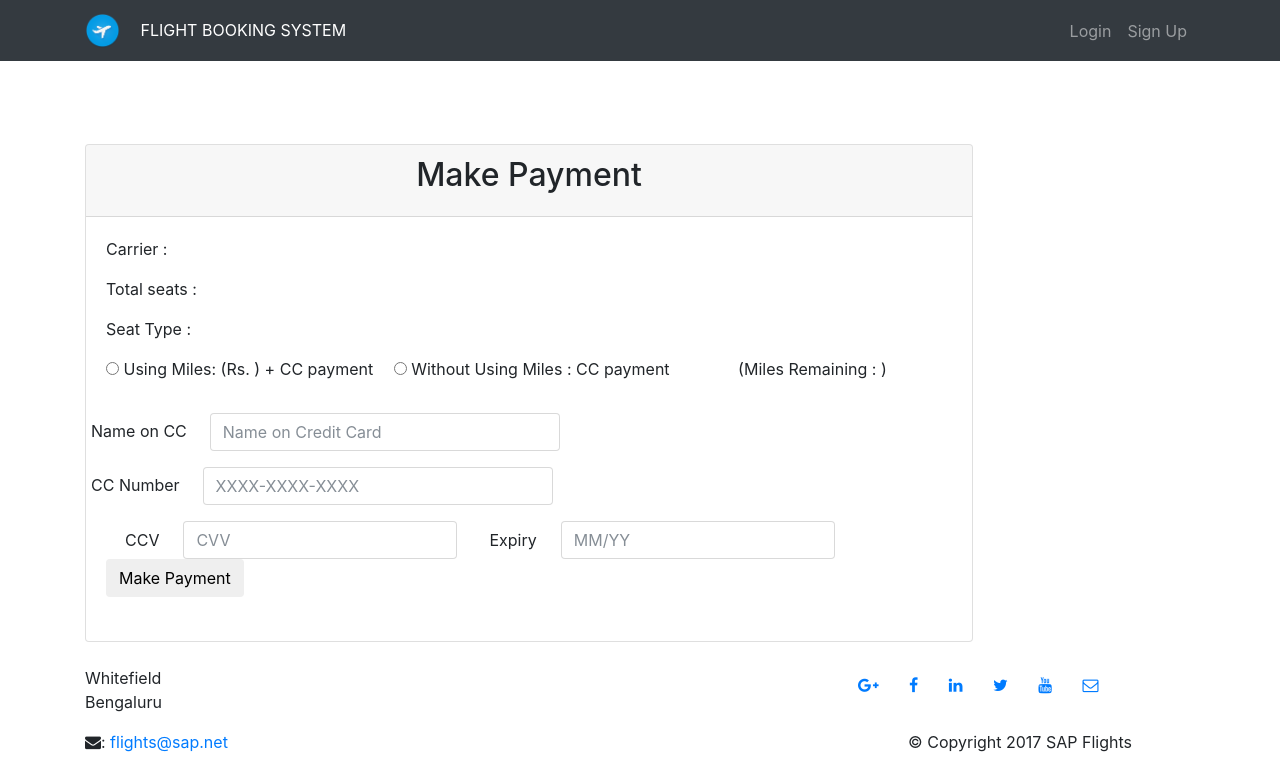
Repository: yashtatia/Spring-Practice
Page: http://localhost/FitnessTracker/WEB-INF/jsp/makePayment.jsp
The author's editor kept a copy of each file at every save. The page is drawn from the files as they stood at one save, then again after the next save.
The browser window is 1280 px wide. The pictures show the whole page.
Some web libraries are served in a nearby version. The page is served by Tomcat 9. Nobody is signed in. The template is opened directly, without the code that normally fills it, so the values that code supplies are empty.

Above is the page before, as saved 2017-09-06 07:33:34.
Console error: SyntaxError: Unexpected token ';'

After the next save:
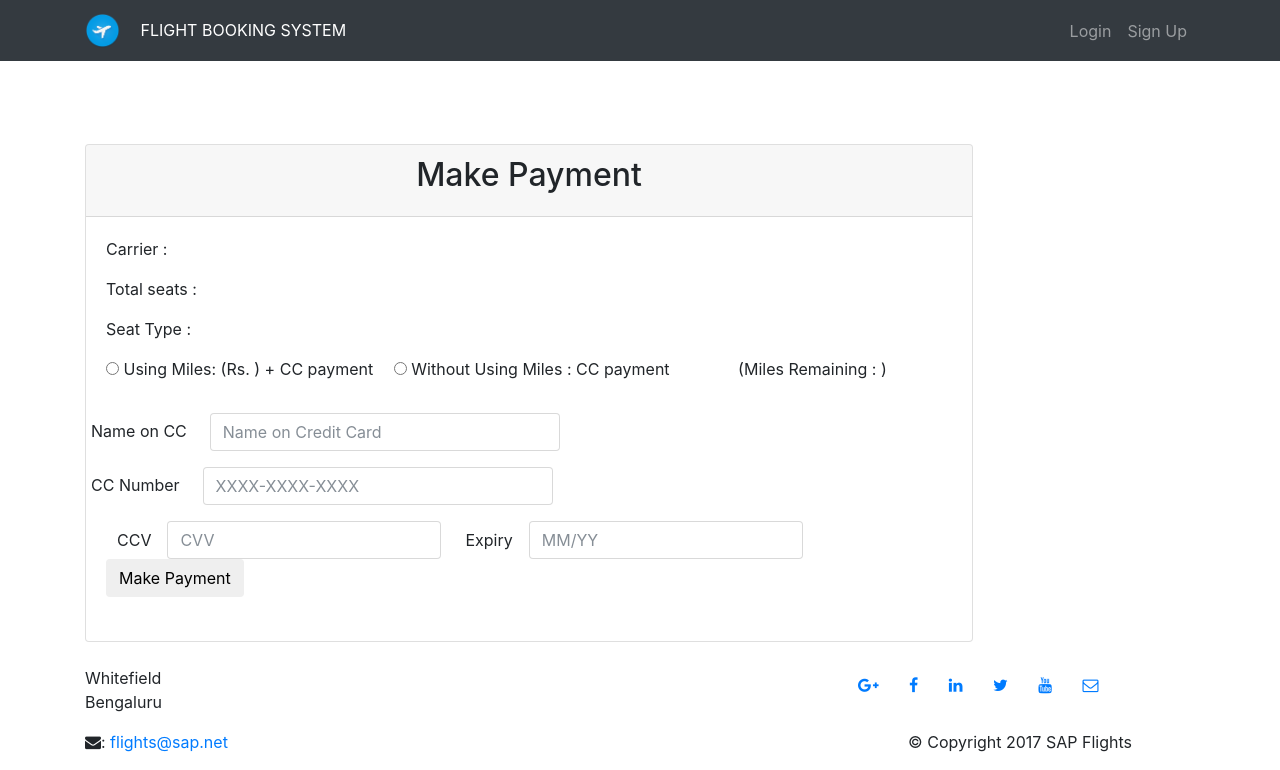
Saved 16 s later.
--- a/FitnessTracker/src/main/webapp/WEB-INF/jsp/makePayment.jsp
+++ b/FitnessTracker/src/main/webapp/WEB-INF/jsp/makePayment.jsp
@@ -53,9 +53,9 @@
 							</div>
 							<div class="form-row">
 									<div class="form-inline">
-										<label class="mr-sm-2 mb-0 mx-md-4" for="cvv">CCV</label>
+										<label class="mr-sm-2 mb-0 mx-md-3" for="cvv">CCV</label>
 											<form:input path="cc_cvv" type="password" name="cc_cvv" id="cc_cvv" placeholder="CVV" class="form-control mr-sm-2 mb-2 mb-sm-0"  />
-									<label class="mr-sm-2 mb-0 mx-md-4" for="last_name">Expiry</label>
+									<label class="mr-sm-2 mb-0 mx-md-3" for="last_name">Expiry</label>
 											<form:input path="cc_expiry"  type="text" class="form-control mr-sm-2 mb-2 mb-sm-0" name="cc_expiry" id="cc_expiry" placeholder="MM/YY"/>
 									</div>
 							</div>
